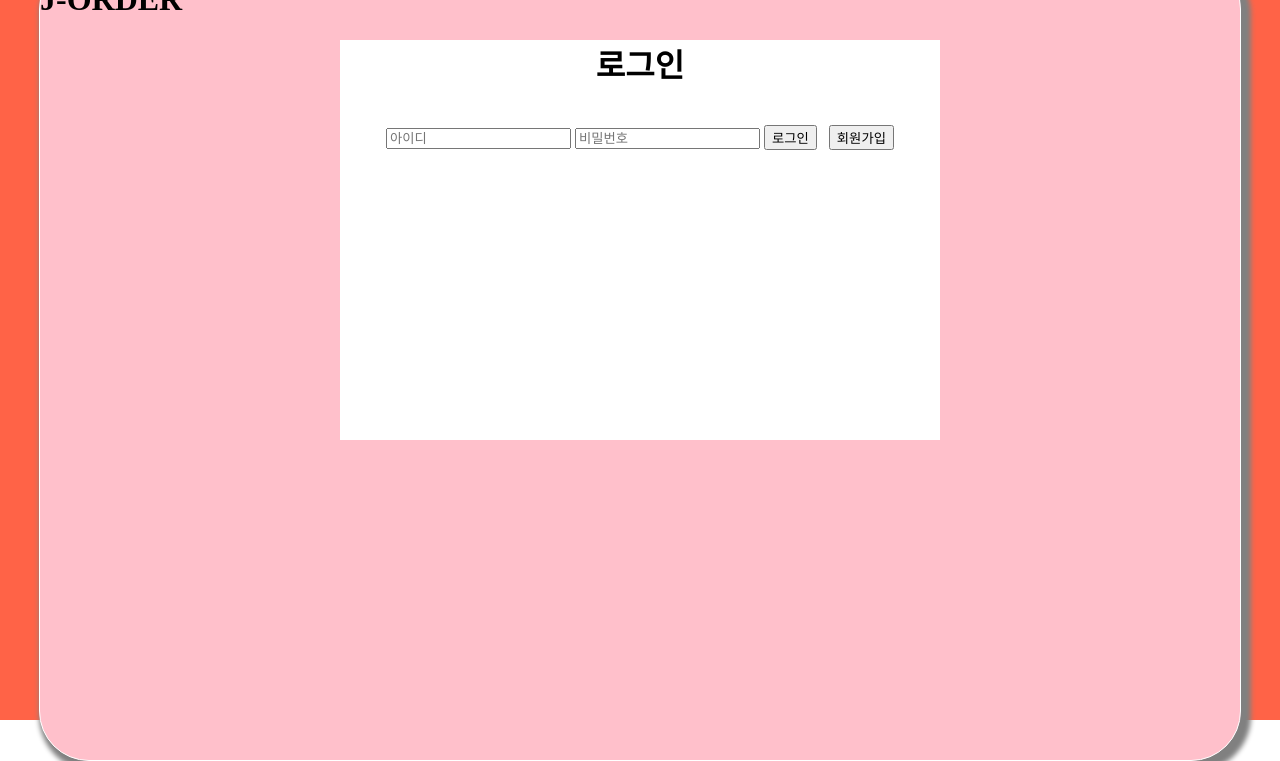
Repository: Devhyeongseon/Academy_Jsp
Page: http://localhost/MyBasic/
These files come from the project's save history. The page is drawn as it stood at one moment and after the next save; the edit follows.
The browser window is 1280 px wide. The pictures show the whole page.
The page is served by Tomcat 9.

Above is the page before, as saved 2024-01-10 08:38:30.

### MyBasic/src/main/webapp/index.jsp
<%@ page language="java" contentType="text/html; charset=UTF-8"
	pageEncoding="UTF-8"%>
<!DOCTYPE html>
<html>
<head>
<meta charset="UTF-8">
<title>제이오더에 오신걸 환영합니다</title>
<style>
html, body {
	width: 100%;
	height: 100%;
	margin: 0;
}

.background {
	width: 100vw;
	height: 100vh;
	background-color: tomato;
	display: flex;
	justify-content: center;
	align-items: center;
}

.container {
	width: 1200px;
	height: 800px;
	background: pink;
	border: 1px solid white;
	border-radius: 50px;
	/* padding: 10px 30px; */ /* 더커짐 */
	box-shadow: 5px 5px 5px 5px gray;

	justify-content: center;
	align-items: center;



}

.loginbox {
	width: 600px;
	height: 400px;
	background: white;
	margin: auto;
	 text-align: center;
}
</style>


</head>
<body>
	<div class="background">
		<div class="container">
			<h1>J-ORDER</h1>
			<div class="loginbox">
				<h1>로그인</h1><br>
				<form action="" method="post">
					 <input type="text" name="id" placeholder="아이디">
					 <input type="password" name="pw" placeholder="비밀번호">
					 <input	type="submit" value="로그인" class="btn btn-default">&nbsp;&nbsp;
				 	 <input type="button" value="회원가입" class="btn btn-default"
						onclick="">
				</form>

			</div>

		</div>
	</div>


</body>
</html>

After the next save:
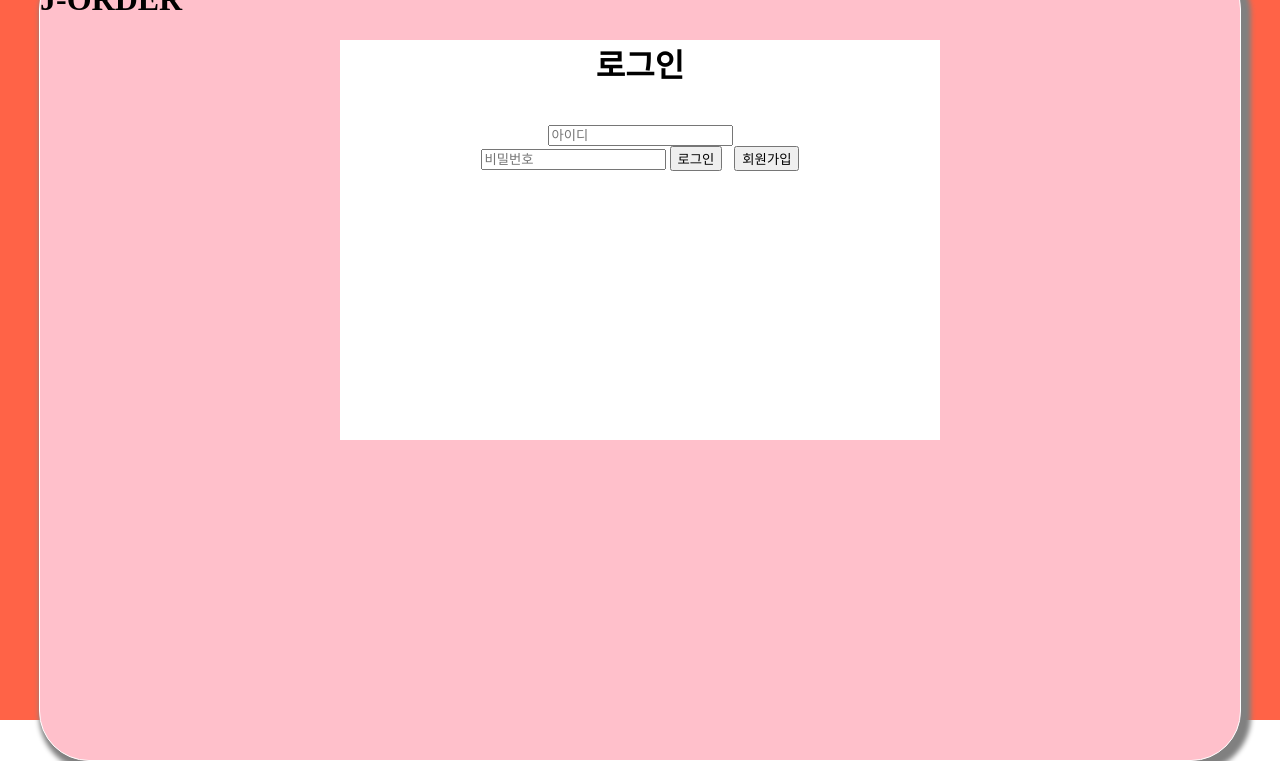
Saved 8 s later.
--- a/MyBasic/src/main/webapp/index.jsp
+++ b/MyBasic/src/main/webapp/index.jsp
@@ -55,7 +55,7 @@ html, body {
 			<div class="loginbox">
 				<h1>로그인</h1><br>
 				<form action="" method="post">
-					 <input type="text" name="id" placeholder="아이디">
+					 <input type="text" name="id" placeholder="아이디"><br>
 					 <input type="password" name="pw" placeholder="비밀번호">
 					 <input	type="submit" value="로그인" class="btn btn-default">&nbsp;&nbsp;
 				 	 <input type="button" value="회원가입" class="btn btn-default"
